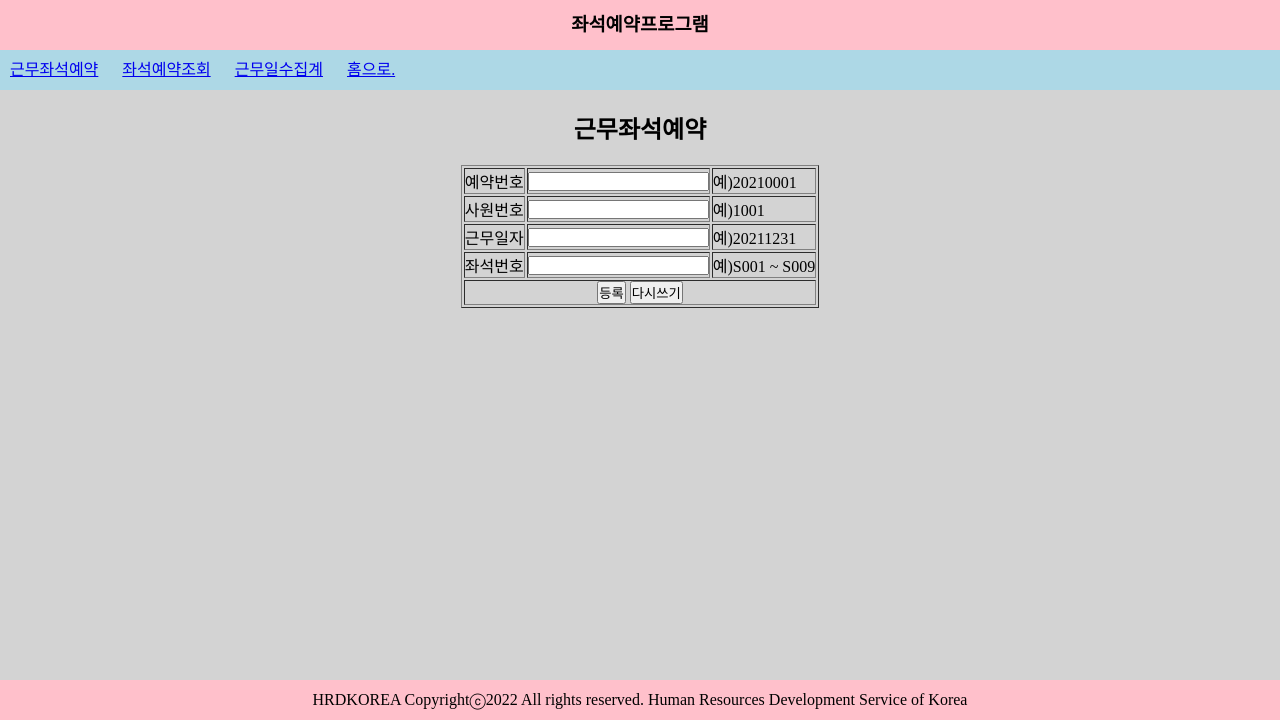
Repository: seowonjong/proje-ct
Page: http://localhost/seat/insert.jsp
An editor plug-in stored every save of this project. The page is shown before and after the next save, followed by the edit.
The browser window is 1280 px wide. The pictures show the whole page.
The page is served by Tomcat 9.

Above is the page before, as saved 2025-08-25 01:40:57.

After the next save:
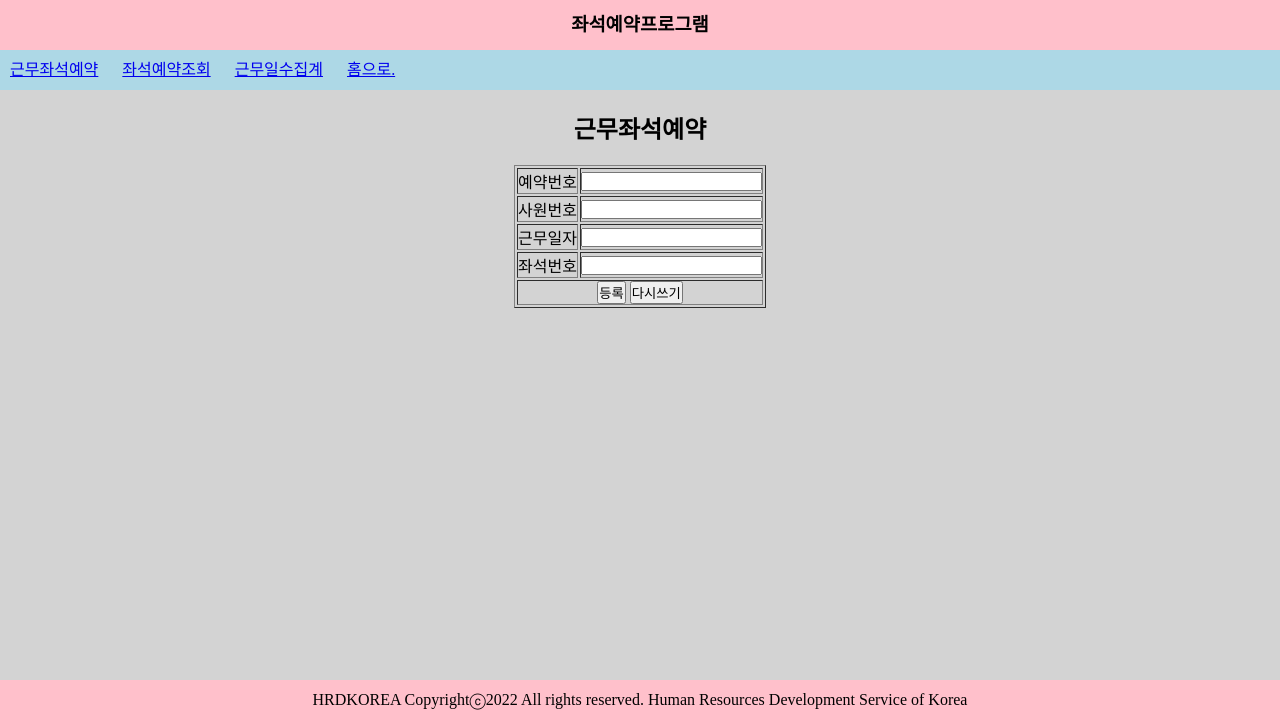
Saved 3 min 24 s later.
--- a/seat/src/main/webapp/insert.jsp
+++ b/seat/src/main/webapp/insert.jsp
@@ -38,25 +38,21 @@
 				<tr>
 					<td>예약번호</td>
 					<td><input type="text" name="resvno" style="height:100%"></td>
-					<td>예)20210001</td>
 				</tr>
 				<tr>
 					<td>사원번호</td>
 					<td><input type="text" name="emptno"></td>
-					<td>예)1001</td>
 				</tr>
 				<tr>
 					<td>근무일자</td>
 					<td><input type="text" name="resvdate"></td>
-					<td>예)20211231</td>
 				</tr>
 				<tr>
 					<td>좌석번호</td>
 					<td><input type="text" name="seatno"></td>
-					<td>예)S001 ~ S009</td>
 				</tr>
 				<tr>
-					<td colspan="3" style="text-align:center">
+					<td colspan="2" style="text-align:center">
 						<input type="button" value="등록" onclick="insertCheck()">
 						<input type="button" value="다시쓰기" onclick="insertReset()">
 					</td>
